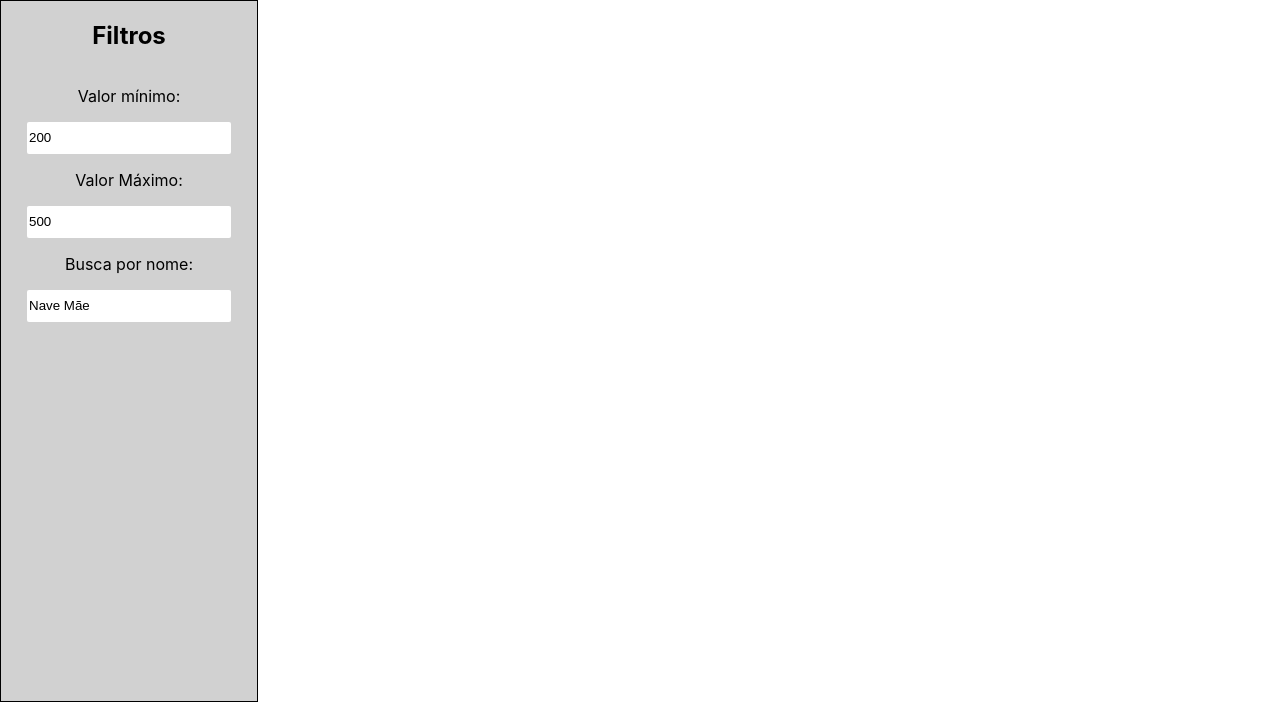
Repository: future4code/Shaw-labe-commerce9
Page: /
An editor plug-in stored every save of this project. The page is shown before and after the next save, followed by the edit.
The browser window is 1280 px wide. The pictures show the whole page.
The project was rebuilt for these pictures with package versions that can differ from the ones it lists, and the page was loaded fresh each time. Also part of the build but not shown: src/App.css.

Above is the page before, as saved 2022-03-30 17:43:28.

After the next save:
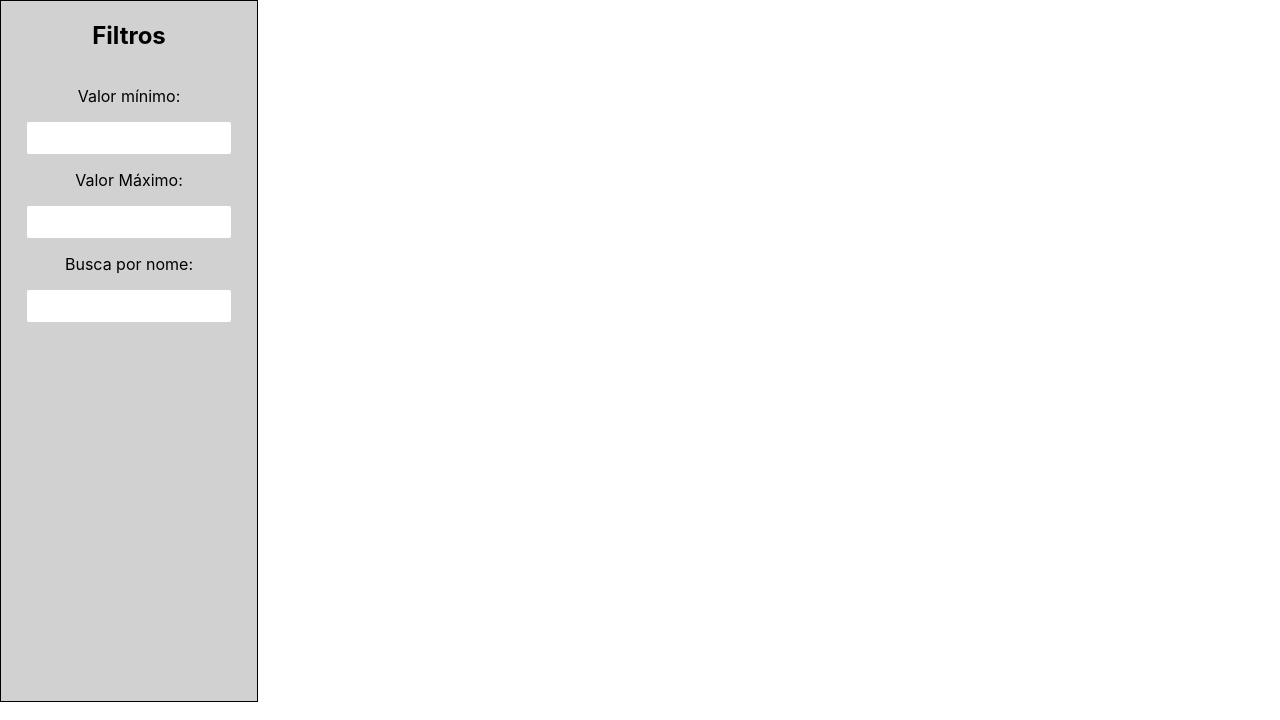
Saved 41 s later.
--- a/src/components/filtro.jsx
+++ b/src/components/filtro.jsx
@@ -29,9 +29,9 @@ input{
 export default class Filtro extends React.Component {
 
     state = {
-        inputValorMin: 200,
-        inputValorMax: 500,
-        inputBuscaNome: "Nave Mãe",
+        inputValorMin: '',
+        inputValorMax: '',
+        inputBuscaNome: '',
     }
     onChangeFilter = (event) => {
         this.setState({
